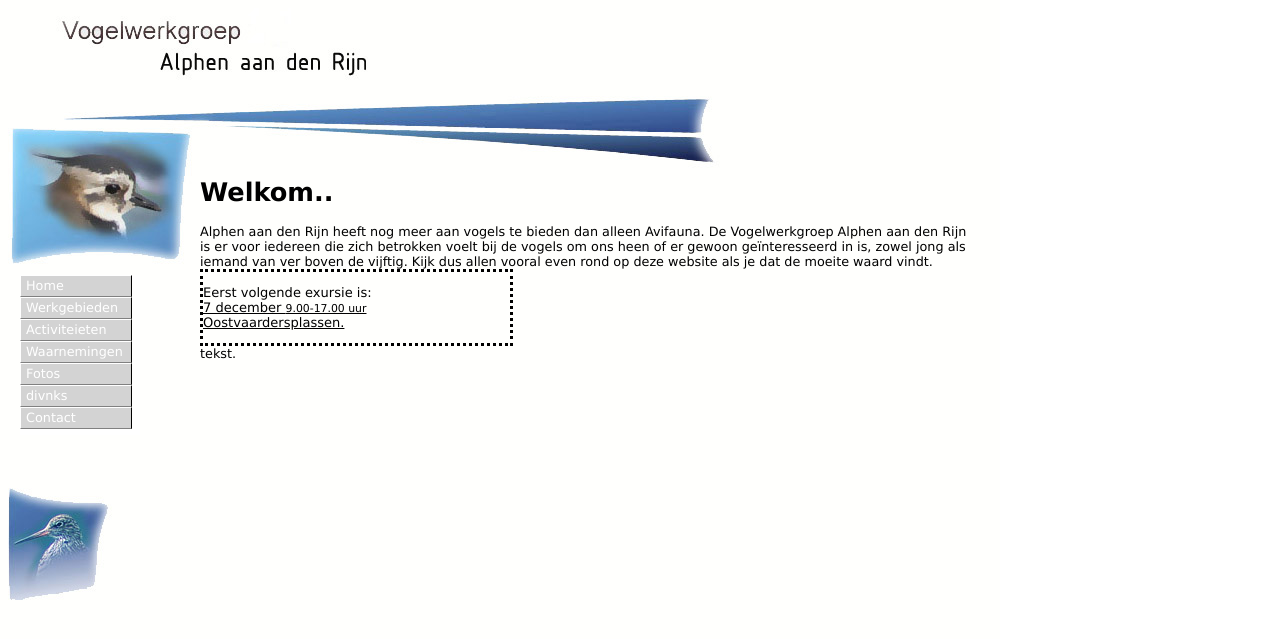
Repository: wimkok/diverse-testjes
Page: VWG/index.html
The author's editor kept a record of every edit. The page is drawn from the files as they stood at one moment, then again after the next edit.
The browser window is 1280 px wide. The pictures show the whole page.

Above is the page before.

After the next edit:
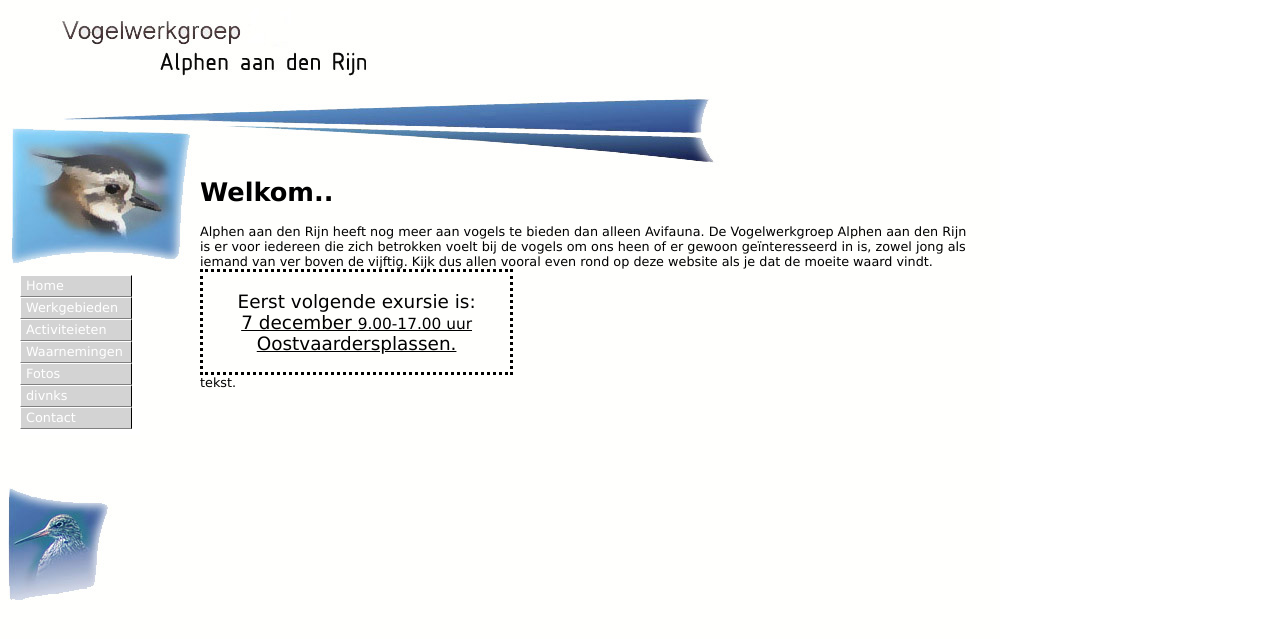
The edit:
--- a/VWG/index.html
+++ b/VWG/index.html
@@ -15,7 +15,7 @@
         </div>
 
         <div class='boxed'>
-        <p>Eerst volgende exursie is:<br>
+        <p style='text-align:center; font-size:120%'>Eerst volgende exursie is:<br>
         <a class='normal' href="#07dec2014">7 december <small>9.00-17.00 uur</small> Oostvaardersplassen.</a>
         </div>
 
